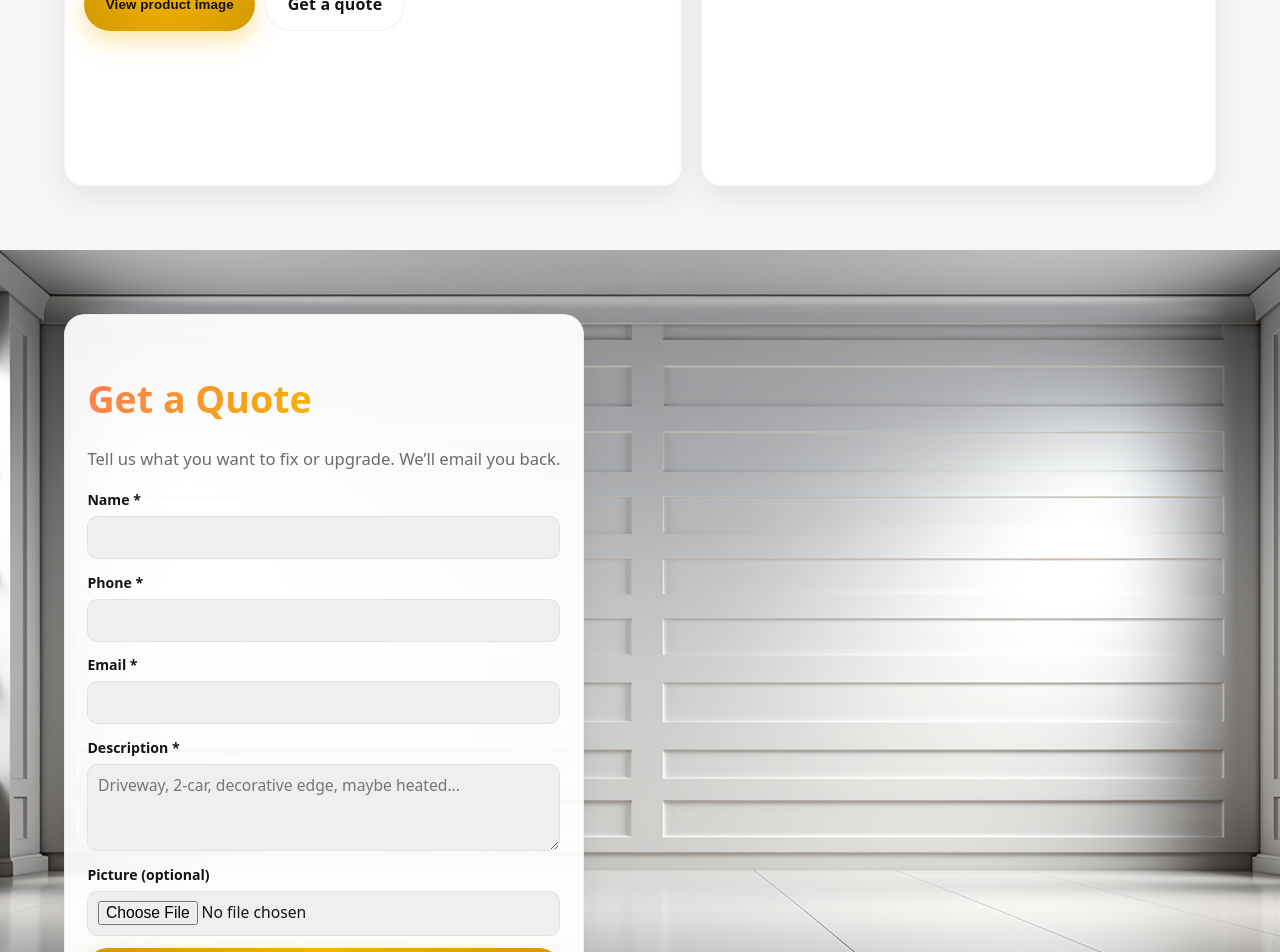
Repository: Intisher-1764/quickpatch
Page: index.html
The author's editor kept a copy of each file at every save. The page is drawn from the files as they stood at one save, then again after the next save.
The browser window is 1280 px wide. The pictures show the part of the page from y = 2962 to 3914 px (the page is 5668 px tall before and 5750 px after).
Pictures or frames that could not be fetched are drawn as grey boxes.

Above is the page before, as saved 2025-11-08 03:12:10.

After the next save:
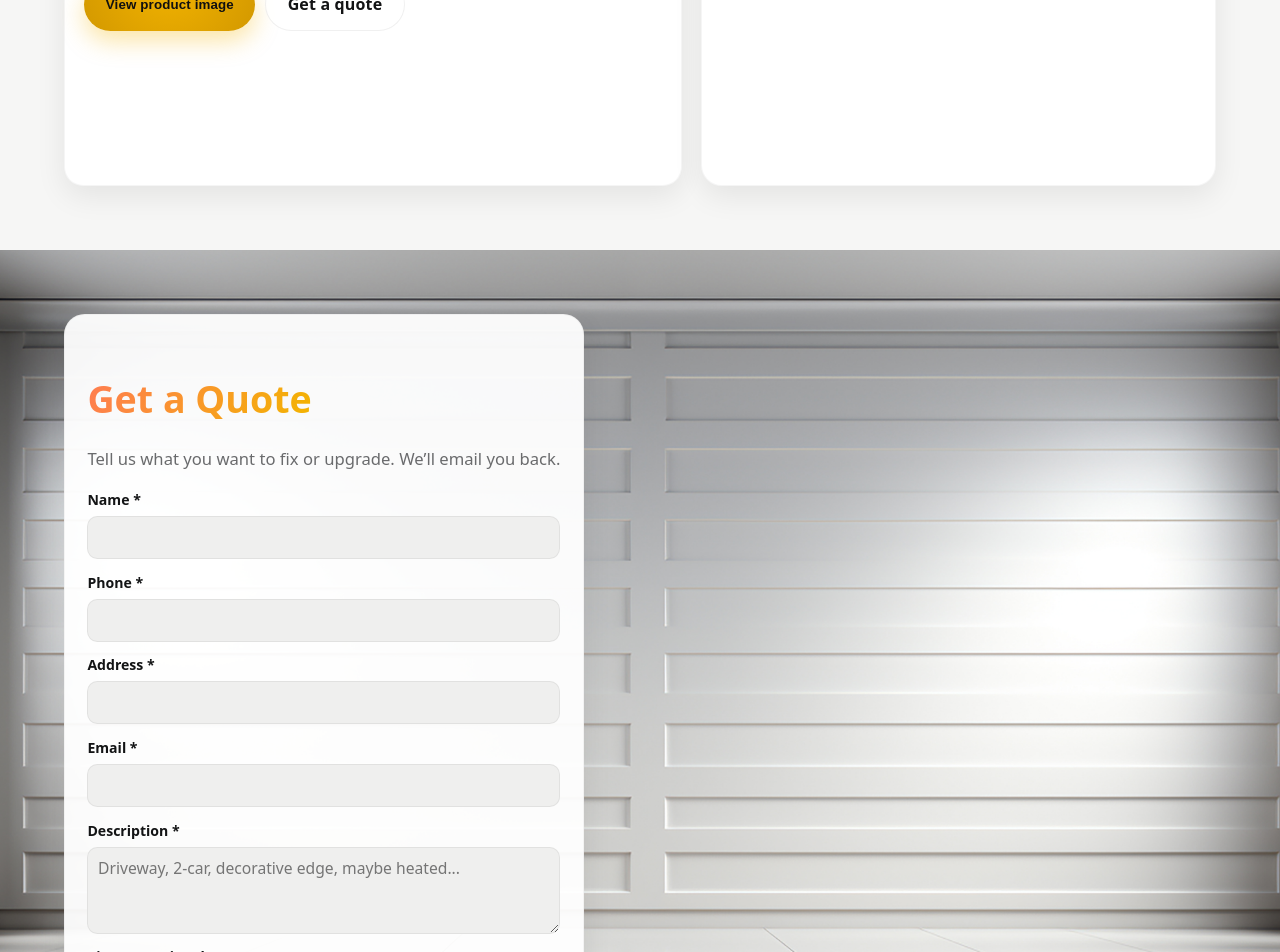
Saved 3 min 18 s later.
--- a/index.html
+++ b/index.html
@@ -237,6 +237,10 @@
             <input type="tel" name="phone" inputmode="tel" autocomplete="tel" required />
           </label>
           <label>
+             Address *
+            <input type="text" name="Address" inputmode="Address" />
+          </label>
+          <label>
             Email *
             <input type="email" name="_replyto" autocomplete="email" required />
           </label>
